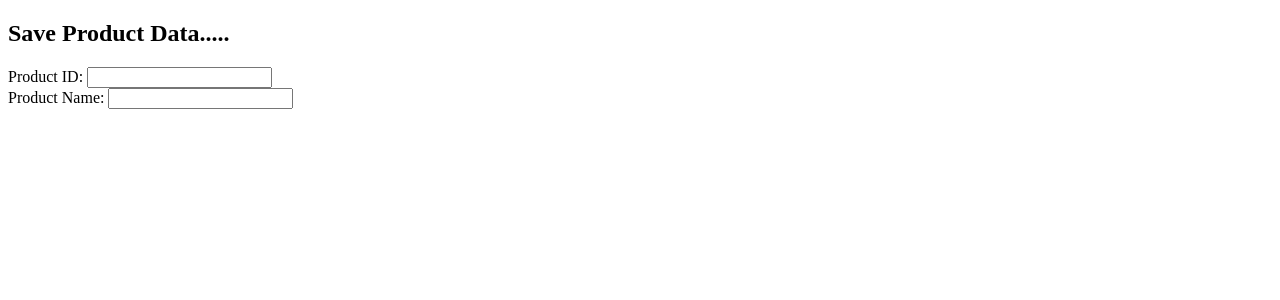
Repository: vineethGoudGithub/JavaApplications
Page: http://localhost/ProductManagementApp/EditProductServlet
These files come from the project's save history. The page is drawn as it stood at one moment and after the next save; the edit follows.
The browser window is 1280 px wide. The pictures show the whole page.
The page is served by Tomcat 9. Queries for data that is not in the repository find no rows.

Above is the page before, as saved 2024-03-07 06:29:01.

After the next save:
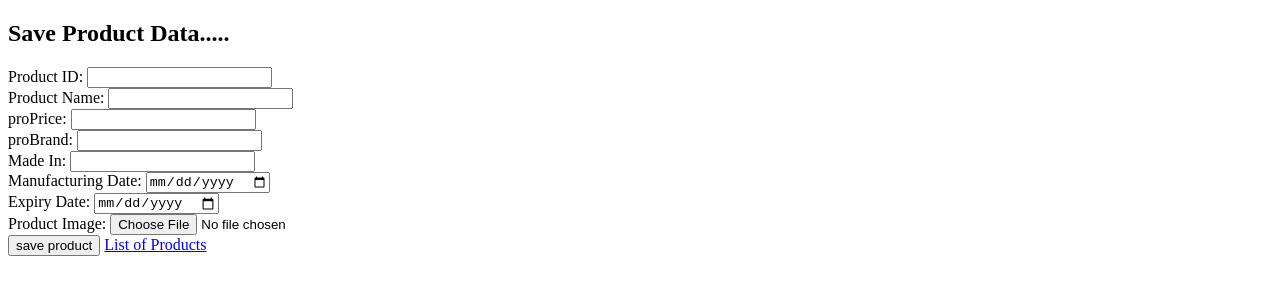
Saved 2 min 15 s later.
--- a/ProductManagementApp/src/main/webapp/edit-form.jsp
+++ b/ProductManagementApp/src/main/webapp/edit-form.jsp
@@ -21,5 +21,42 @@
                 <input type="text" class="form-control-sm" id="proName" name="proName" value="${existingProduct.proName}" required>
             </div>
 
+ <div class="form-group">
+                <label class="font-italic font-weight-bold" for="proPrice">proPrice:</label>
+                <input type="number" class="form-control-sm" id="proPrice" name="proPrice" required>
+            </div>
+
+            <div class="form-group">
+                <label class="font-italic font-weight-bold" for="proBrand">proBrand:</label>
+                <input type="text" class="form-control-sm" id="proBrand" name="proBrand" required>
+            </div>
+
+            <div class="form-group">
+                <label class="font-italic font-weight-bold" for="proMadeIn">Made In:</label>
+                <input type="text" class="form-control-sm" id="proMadeIn" name="proMadeIn" required>
+            </div>
+
+            <div class="form-group">
+                <label class="font-italic font-weight-bold" for="proMfgDate">Manufacturing Date:</label>
+                <input type="date" class="form-control-sm" id="proMfgDate" name="proMfgDate" required>
+            </div>
+
+            <div class="form-group">
+                <label class="font-italic font-weight-bold" for="proExpDate">Expiry Date:</label>
+                <input type="date" class="form-control-sm" id="proExpDate" name="proExpDate" required>
+            </div>
+
+           <div class="form-group">
+                <label class="font-italic font-weight-bold" for="proImage">Product Image:</label>
+                <input type="file" class="form-control-file-sm" id="proImage" name="proImage" accept="image/*" required>
+            </div>
+
+			<div>
+                <input type="submit" class="btn btn-success" value="save product"/>
+   	            <a href="productList.jsp" class="btn btn-primary">List of Products</a>
+            </div>
+
+        </form>
+</div>
 </body>
 </html>
